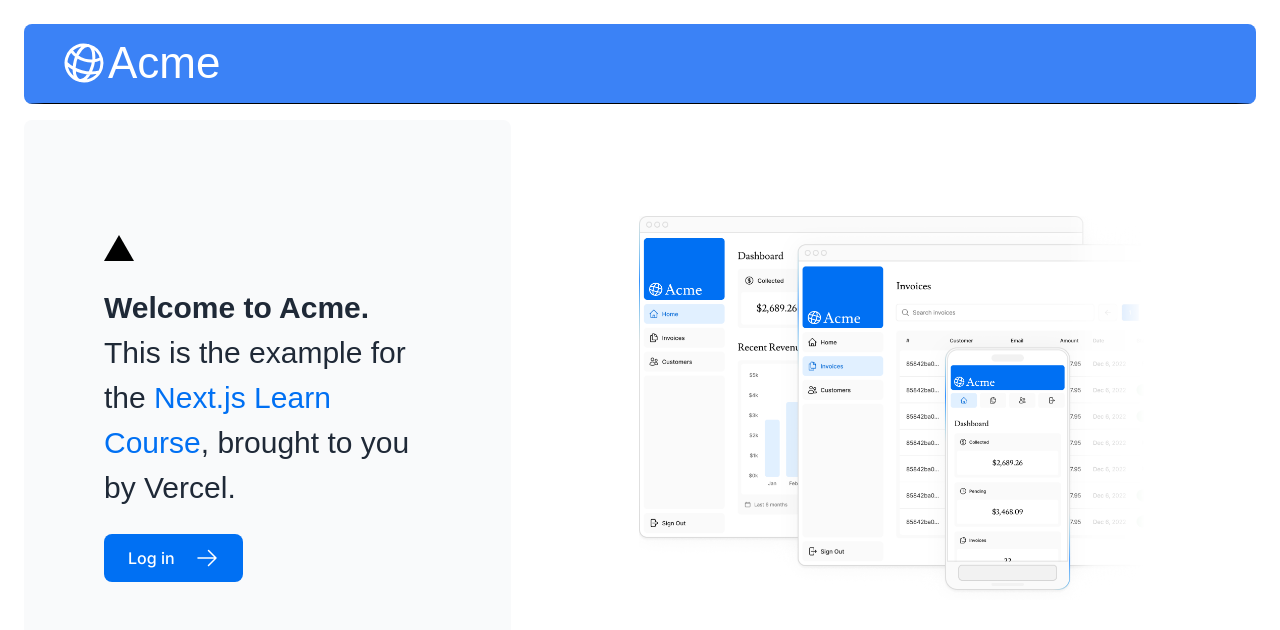
Repository: rlhardrock/NextJS
Page: /
These files come from the project's save history. The page is drawn as it stood at one moment and after a run of saves; the edit follows.
The browser window is 1280 px wide. The pictures show the whole page.
Some web fonts or font styles are not loaded; a fallback is used. The project was rebuilt for these pictures with package versions that can differ from the ones it lists, and the page was loaded fresh each time. The framework's server and built-in components were replaced by stand-ins that run in the browser. Also part of the build but not shown: next.config.ts.

Above is the page before, as saved 2024-12-15 21:19:05.

After the next 2 saves:
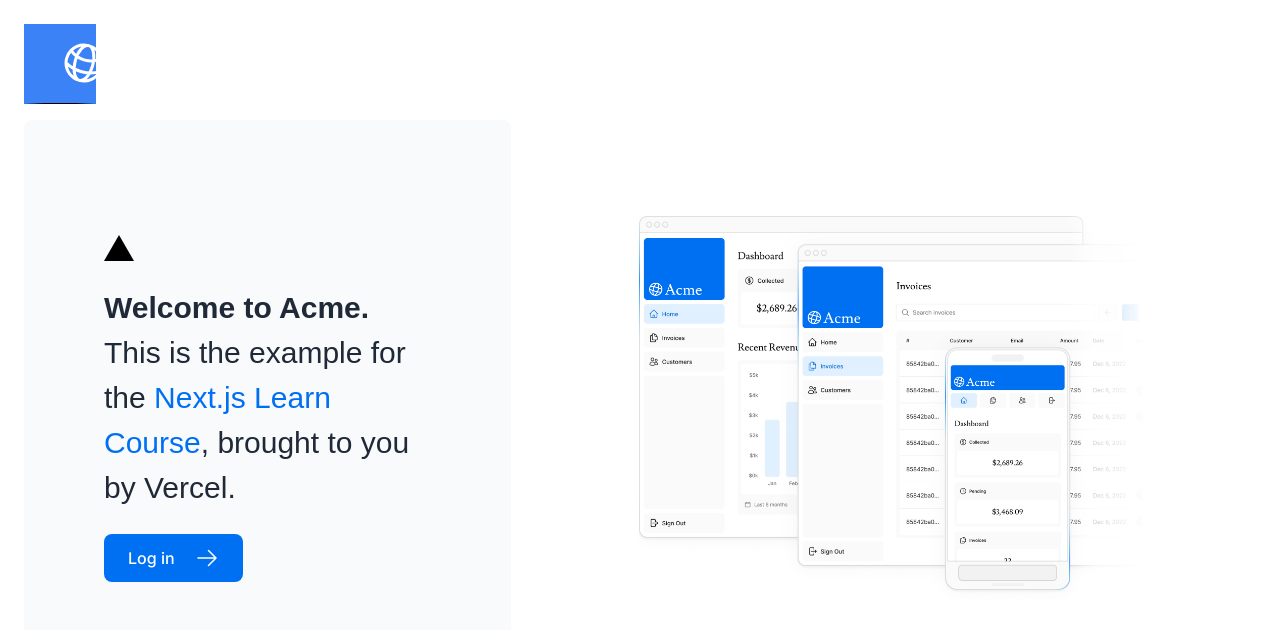
The 2 saves are shown as one change because they came seconds apart.
The last was saved 59 s later.
--- a/app/ui/home.module.css
+++ b/app/ui/home.module.css
@@ -1,6 +1,6 @@
 .shape {
-  /* height: 0; */
-  /* width: 0; */
+  height: 0;
+  width: 0;
   border-bottom: 0.1px solid black;
   border-left: 20px solid transparent;
   border-right: 20px solid transparent;
@@ -8,7 +8,7 @@
   height: 5rem; /* Corresponde a "h-20" */
   flex-shrink: 0; /* Corresponde a "shrink-0" */
   align-items: flex-end; /* Corresponde a "items-end" */
-  border-radius: 0.5rem;
+  /* border-radius: 0.5rem; */
   background-color: #3b82f6; /* Corresponde a "bg-blue-500" */
   padding: 1rem; /* Corresponde a "p-4" */
 }

After the save that followed:
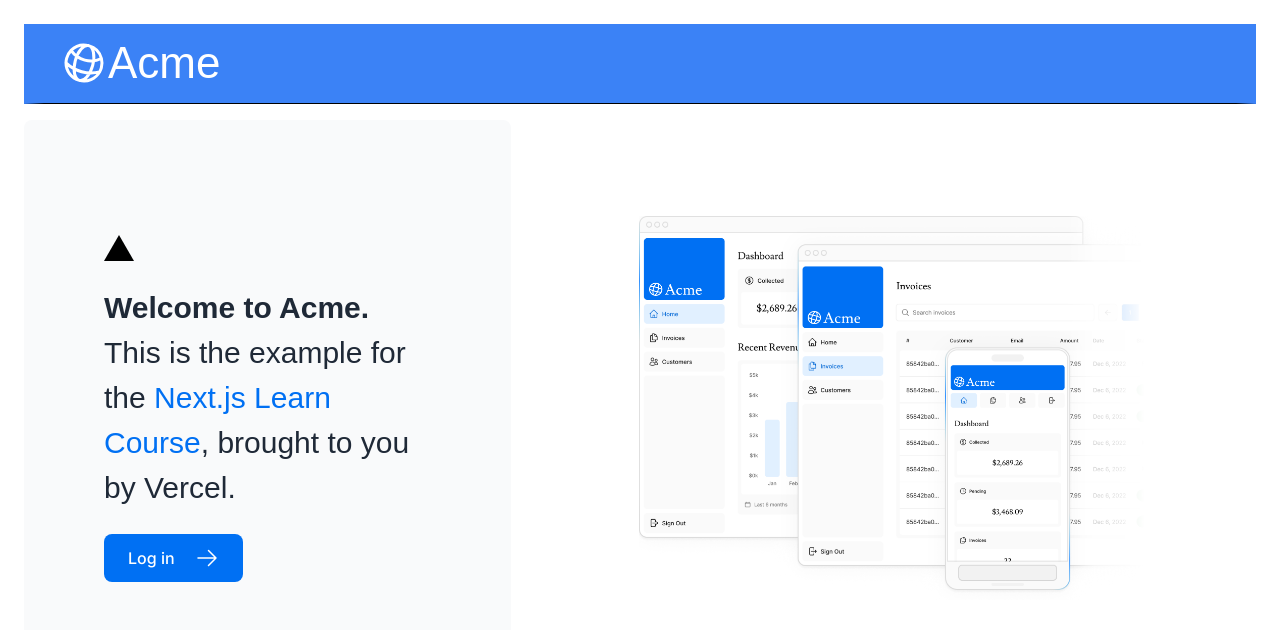
Saved 9 s later.
--- a/app/ui/home.module.css
+++ b/app/ui/home.module.css
@@ -1,6 +1,6 @@
 .shape {
-  height: 0;
-  width: 0;
+  /* height: 0; */
+  /* width: 0; */
   border-bottom: 0.1px solid black;
   border-left: 20px solid transparent;
   border-right: 20px solid transparent;
